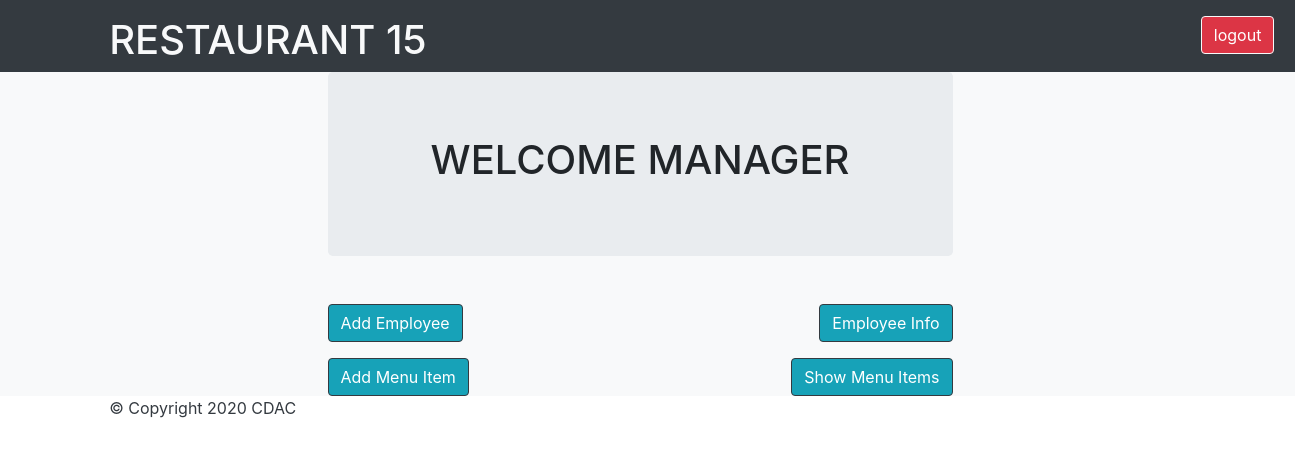
Repository: Pedaxx-IT-solution/E-Waiter-Stuff-
Page: http://localhost/ProjectEwaiter/WEB-INF/views/welcomemgr.jsp
An editor plug-in stored every save of this project. The page is shown before and after the next save, followed by the edit.
The browser window is 1280 px wide. The page is 1295 px wide, so the pictures cover 1295 px, including what lies to the right of the window. The pictures show the whole page.
The page is served by Tomcat 9. Nobody is signed in. Other server files are loaded and not shown. The template is opened directly, without the code that normally fills it, so the values that code supplies are empty.

Above is the page before, as saved 2020-01-25 22:53:11.

### MyProject/ProjectEwaiter/src/main/webapp/WEB-INF/views/welcomemgr.jsp
<%@ taglib uri="http://java.sun.com/jsp/jstl/core" prefix="c" %>

<html>
<head>
<meta charset="ISO-8859-1">
<title>MANAGER WELCOME</title>
<link
	href="https://stackpath.bootstrapcdn.com/bootstrap/4.4.1/css/bootstrap.min.css"
	rel="stylesheet"
	integrity="sha384-Vkoo8x4CGsO3+Hhxv8T/Q5PaXtkKtu6ug5TOeNV6gBiFeWPGFN9MuhOf23Q9Ifjh"
	crossorigin="anonymous">
</head>
<body>

<%
response.setHeader("Cache-Control", "no-cache,no-store,must-invalidate");
response.setHeader("Pragma", "no-cache");
response.setHeader("Expires", "0");
%>
	<div class="container-flud  ">

		<div class="row bg-dark pt-3">
				<div class="col-1 "></div>
				<div class="col-10  text-light ">
					<h1>RESTAURANT 15</h1>
				</div>
				<div class="col-1 text-light">
					<a href="/user/logout" class="btn btn-danger border-light" role="button">logout</a>
				</div>
		</div>

		<div class="row bg-light">
			<div class="col-3"></div>
			<div class="col-6" align="center">
				<div class="jumbotron">
					<h1>WELCOME MANAGER</h1>
				</div>
			</div>
			<div class="col-3"></div>
		</div>



		<div class="row bg-light">
			<div class="col-3"></div>
			<div class="col-3">

					<a href="/user/register" class="mt-3 btn btn-info border-dark" role="button">Add Employee</a>

			</div>

			<div class=" col-3 text-right">

					<a href="/user/showemp" class="mt-3 btn btn-info border-dark" role="button">Employee Info</a>
			</div>
			<div class="col-3"></div>

		</div>




		<div class="row bg-light">
			<div class="col-3"></div>
			<div class="col-3">

							<a href="/user/menu/addMenu" class="mt-3 btn btn-info border-dark" role="button">Add Menu Item</a>

			</div>

			<div class=" col-3 text-right">

							<a href="/user/menu/showMenu" class="mt-3 btn btn-info border-dark" role="button">Show Menu Items</a>
			</div>
			<div class="col-3"></div>

		</div>






		<div class="row ">
			<div class="col-1 "></div>
			<div class="col-11 text-dark ">
				<footer>&copy; Copyright 2020 CDAC</footer>
			</div>
		</div>
	</div>

</body>
</html>

After the next save:
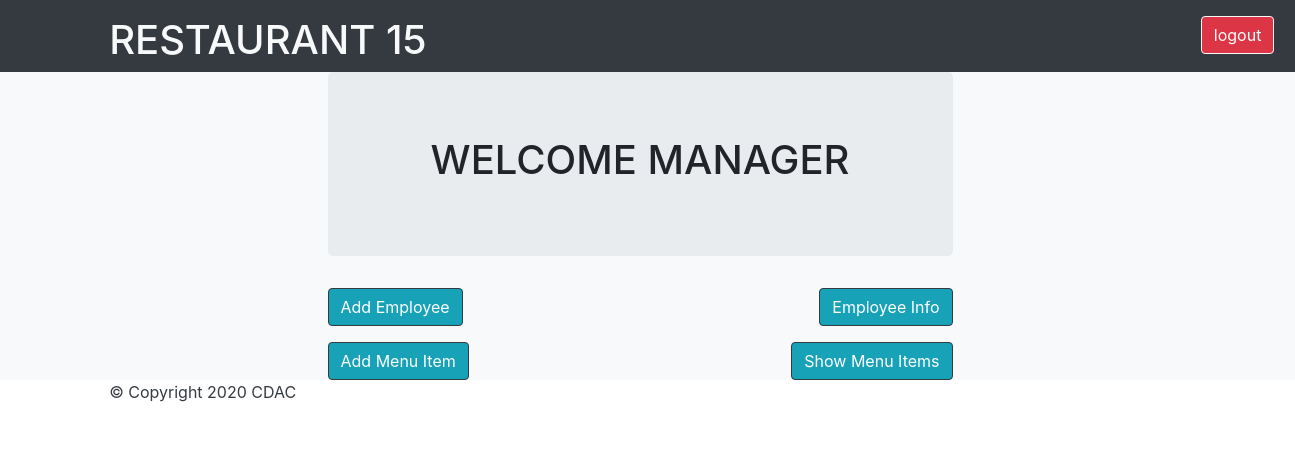
Saved 86 s later.
--- a/MyProject/ProjectEwaiter/src/main/webapp/WEB-INF/views/welcomemgr.jsp
+++ b/MyProject/ProjectEwaiter/src/main/webapp/WEB-INF/views/welcomemgr.jsp
@@ -41,17 +41,17 @@ response.setHeader("Expires", "0");
 
 
 
-		<div class="row bg-light">
+		<div class="row bg-light mt-6">
 			<div class="col-3"></div>
 			<div class="col-3">
 
-					<a href="/user/register" class="mt-3 btn btn-info border-dark" role="button">Add Employee</a>
+					<a href="/user/register" class=" btn btn-info border-dark" role="button">Add Employee</a>
 
 			</div>
 
 			<div class=" col-3 text-right">
 
-					<a href="/user/showemp" class="mt-3 btn btn-info border-dark" role="button">Employee Info</a>
+					<a href="/user/showemp" class=" btn btn-info border-dark" role="button">Employee Info</a>
 			</div>
 			<div class="col-3"></div>
 
